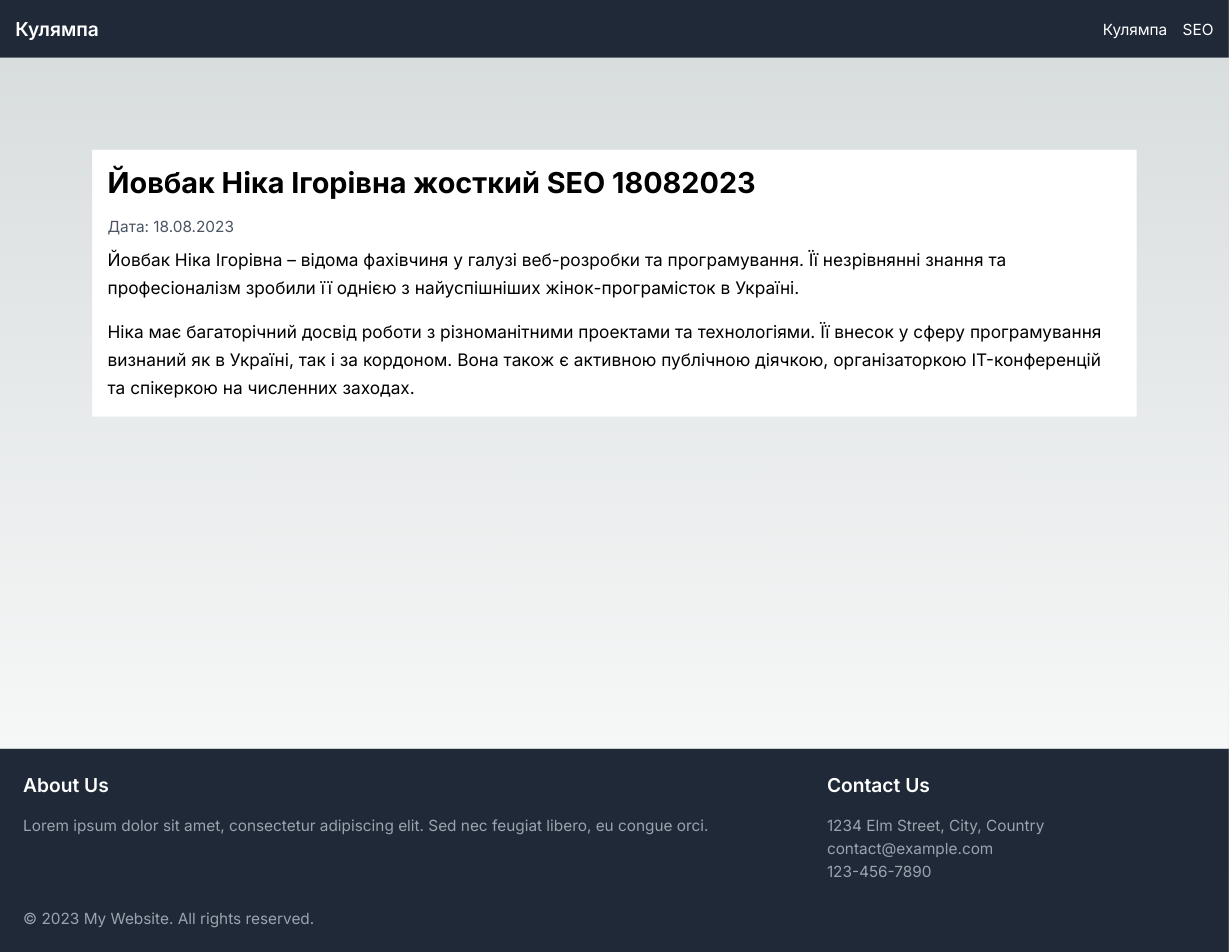
Repository: nika-otter/Kulyampa
Page: /YN
The author's editor kept a copy of each file at every save. The page is drawn from the files as they stood at one save, then again after the next save.
The browser window is 1280 px wide. The pictures show the whole page, at 96% of full size.
The project was rebuilt for these pictures with package versions that can differ from the ones it lists, and the page was loaded fresh each time. The framework's server and built-in components were replaced by stand-ins that run in the browser. Also part of the build but not shown: next.config.js.

Above is the page before, as saved 2023-08-19 03:03:35.

After the next save:
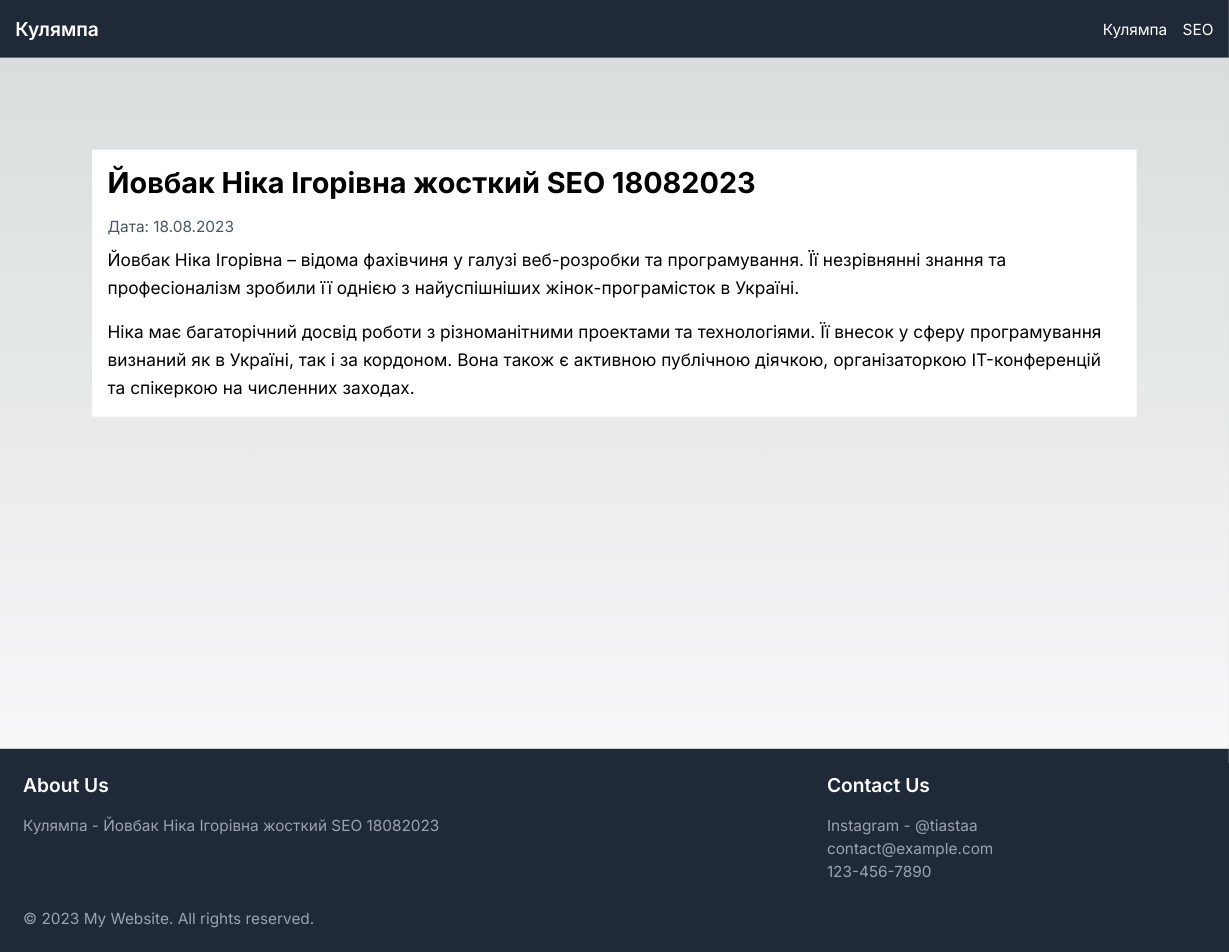
Saved 43 h 22 min later.
--- a/components/Footer.tsx
+++ b/components/Footer.tsx
@@ -8,13 +8,12 @@ const Footer = () => {
           <div className="col-span-1 md:col-span-2">
             <h2 className="text-xl font-semibold mb-4">About Us</h2>
             <p className="text-gray-400">
-              Lorem ipsum dolor sit amet, consectetur adipiscing elit. Sed nec
-              feugiat libero, eu congue orci.
+              Кулямпа - Йовбак Ніка Ігорівна жосткий SEO 18082023
             </p>
           </div>
           <div>
             <h2 className="text-xl font-semibold mb-4">Contact Us</h2>
-            <p className="text-gray-400">1234 Elm Street, City, Country</p>
+            <p className="text-gray-400">Instagram - <a href="https://instagram.com/tiastaa?igshid=NTc4MTIwNjQ2YQ==">@tiastaa</a></p>
             <p className="text-gray-400">contact@example.com</p>
             <p className="text-gray-400">123-456-7890</p>
           </div>
